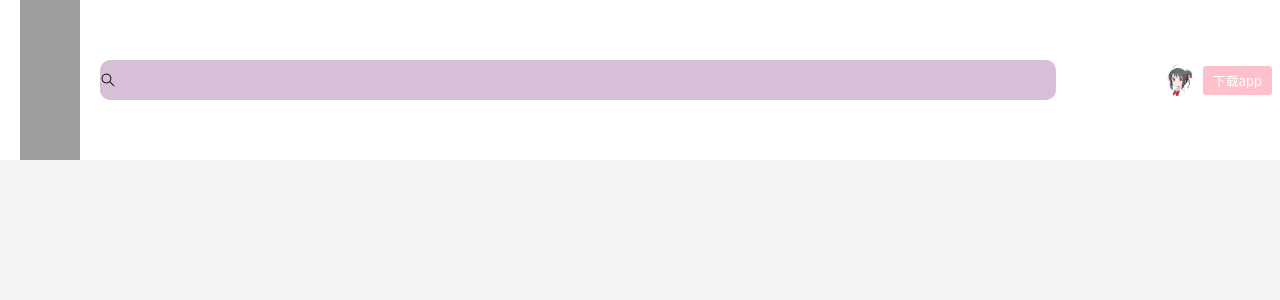
Repository: caiys666/bilibili
Page: /#/userinfo
These files come from the project's save history. The page is drawn as it stood at one moment and after the next save; the edit follows.
The browser window is 1280 px wide. The pictures show the whole page.
Pictures or frames that could not be fetched are drawn as grey boxes. The project was rebuilt for these pictures with package versions that can differ from the ones it lists, and the page was loaded fresh each time. Also part of the build but not shown: vue.config.js, src/components/HelloWorld.vue, src/views/Home.vue.

Above is the page before, as saved 2020-10-01 21:27:18.

After the next save:
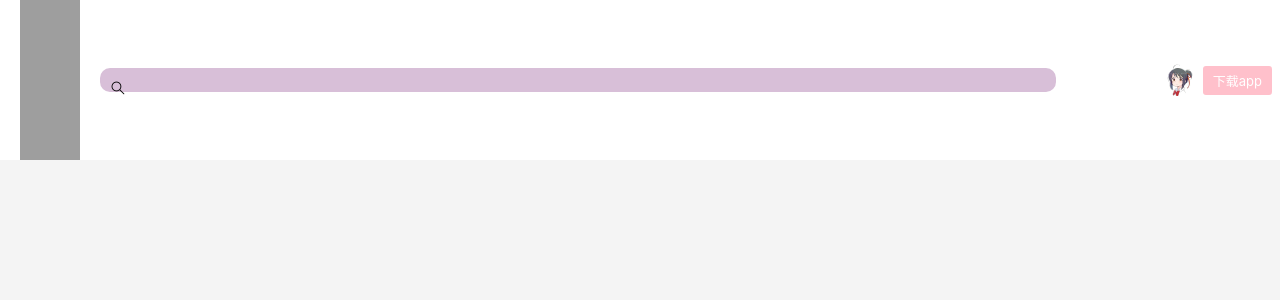
Saved 2 min 38 s later.
--- a/src/components/commn/Navbar.vue
+++ b/src/components/commn/Navbar.vue
@@ -5,7 +5,7 @@
         </div>
         <div>
             <p>
-                <van-icon name="search" />
+                <van-icon class="ipt-icon" name="search" />
             </p>
         </div>
         <div>
@@ -32,9 +32,14 @@
         align-items: center;
         p{
             background-color: thistle;
-            padding: 10px 0px;
+            position: relative;
+            padding: 12px 0px;
             width: 90%;
             border-radius: 10px;
+            .ipt-icon{
+                position: absolute;
+                left: 10px;
+            }
         }
     }
     div:nth-child(3){
